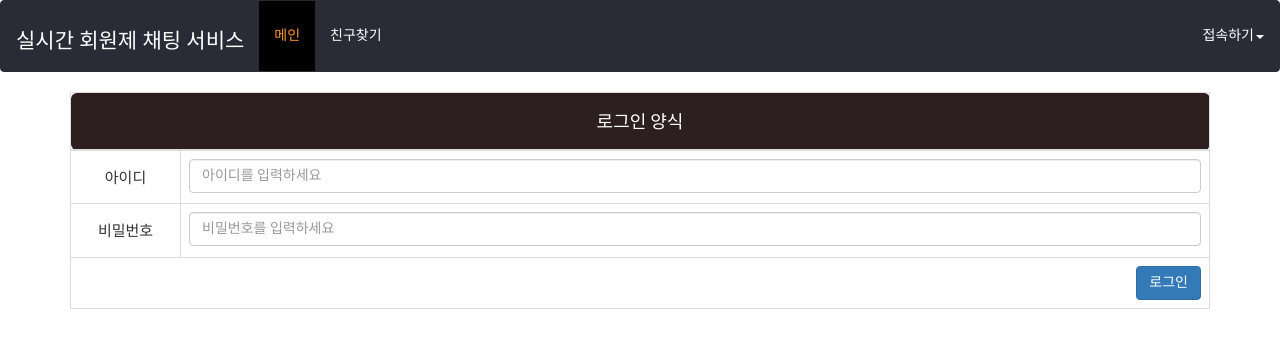
Repository: kkoseunghyun/javaAjaxChat
Page: http://localhost/UserChat/login.jsp
These files come from the project's save history. The page is drawn as it stood at one moment and after the next save; the edit follows.
The browser window is 1280 px wide. The pictures show the whole page.
Some web fonts or font styles are not loaded; a fallback is used. Some web libraries are served in a nearby version. The page is served by Tomcat 9.

Above is the page before, as saved 2019-05-31 02:02:54.

After the next save:
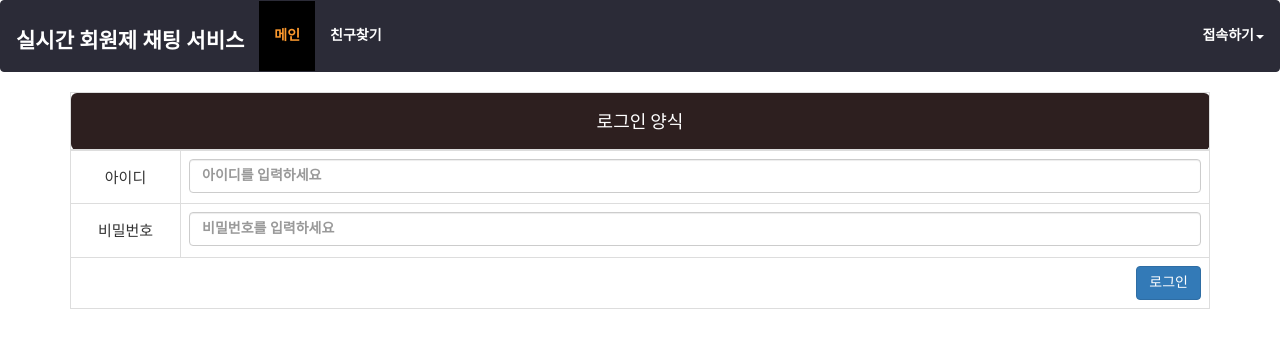
Saved 35 s later.
--- a/JspAjax/UserChat/WebContent/css/custom2.css
+++ b/JspAjax/UserChat/WebContent/css/custom2.css
@@ -3,6 +3,7 @@
 /* 전체 영역 지정 */
 * {
 	font-family: 'Nanum Gothic';
+	font-weight: bold;
 }
 /* 전체 링크 영역 지정 */
 a {
